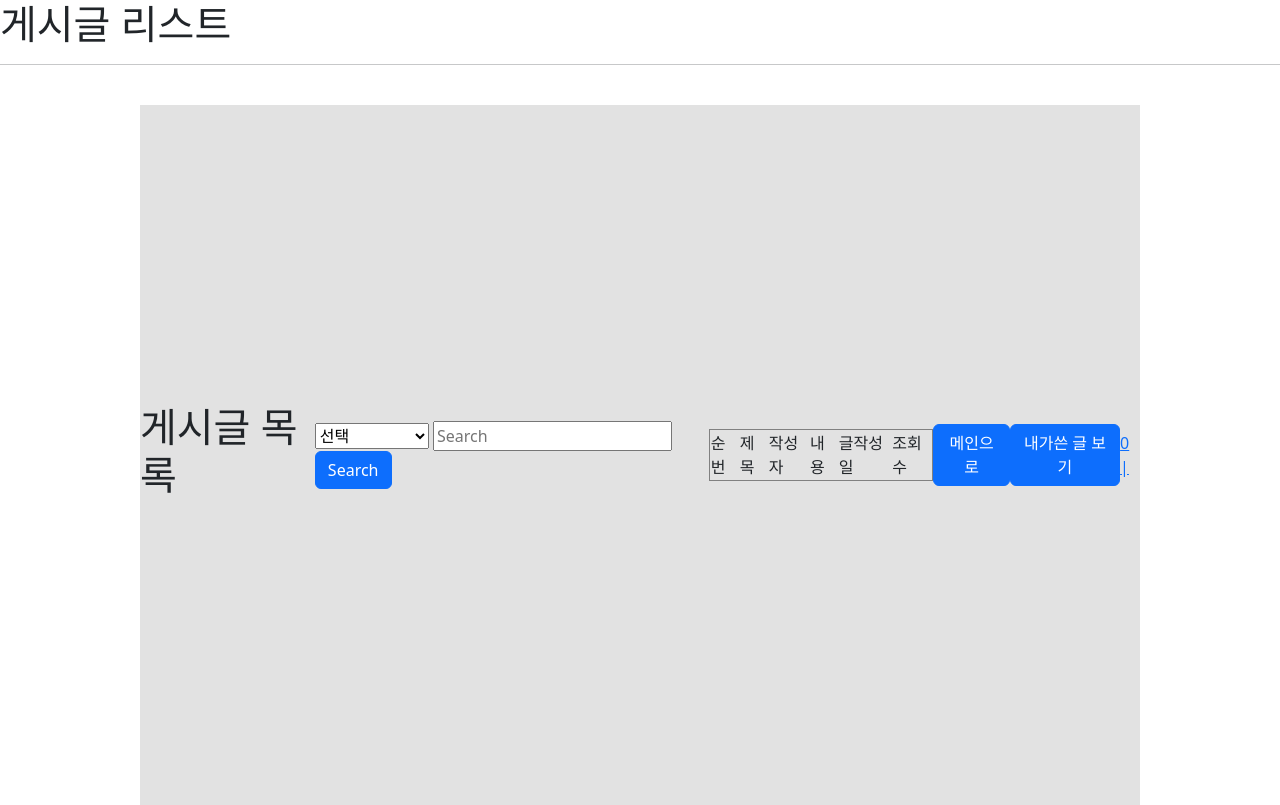
Repository: yangone8249/jsp_project
Page: http://localhost/yang_project/board/BoardList.jsp
An editor plug-in stored every save of this project. The page is shown before and after the next save, followed by the edit.
The browser window is 1280 px wide. The pictures show the whole page.
The page is served by Tomcat 9. Other server files are loaded and not shown. The template is opened directly, without the code that normally fills it, so the values that code supplies are empty.

Above is the page before, as saved 2023-06-01 02:06:48.

### yang_project/yang_project/src/main/webapp/board/BoardList.jsp
<%@ page language="java" contentType="text/html; charset=UTF-8"
    pageEncoding="UTF-8"%>
<%@ taglib uri="http://java.sun.com/jsp/jstl/core" prefix="c" %>
<!DOCTYPE html>
<html>
<head>
<meta charset="UTF-8">
<title>게시글목록</title>
<link href="https://cdn.jsdelivr.net/npm/bootstrap@5.2.3/dist/css/bootstrap.min.css" rel="stylesheet" integrity="sha384-rbsA2VBKQhggwzxH7pPCaAqO46MgnOM80zW1RWuH61DGLwZJEdK2Kadq2F9CUG65" crossorigin="anonymous">
<script src="https://cdn.jsdelivr.net/npm/bootstrap@5.2.3/dist/js/bootstrap.bundle.min.js" integrity="sha384-kenU1KFdBIe4zVF0s0G1M5b4hcpxyD9F7jL+jjXkk+Q2h455rYXK/7HAuoJl+0I4" crossorigin="anonymous"></script>
<style type="text/css">
	#content{
		width : 1000px;
		height : 700px;
		background-color: #E2E2E2;
		margin:auto;
		 justify-content : center;
		display: flex;
		align-items : center;

	}
</style>
</head>
<body>
	<h1>게시글 리스트</h1>
	<hr><br>
	<div id="content">
		<h1 id="listTitle">게시글 목록</h1>
		<form action="/brd/page" method="post" >
			<div>
				<c:set value="${pgh.pgvo.type }" var="typed"></c:set>
				<select name="type">
					<option ${typed == null ? 'selected' : '' }>선택</option>
					<option ${typed eq 't' ? 'selected' : '' } value="t">제목</option>
					<option ${typed eq 'c' ? 'selected' : '' } value="c">내용</option>
					<option ${typed eq 'w' ? 'selected' : '' } value="w">작성자</option>
					<option ${typed eq 'tc' ? 'selected' : '' } value="tc">제목 + 내용</option>
					<option ${typed eq 'tw' ? 'selected' : '' } value="tw">제목 + 작성자</option>
					<option ${typed eq 'cw' ? 'selected' : '' } value="cw">내용 + 작성자</option>
				</select>
				<input type="text" name="keyword" placeholder="Search">
				<input type="hidden" name="pageNo" value="${pgh.pgvo.pageNo }">
				<input type="hidden" name="qty" value="${pgh.pgvo.qty }">
				<button type="submit" class="btn btn-primary">Search</button>
			</div>
		</form>
			<table border="1">
			<tr>
				<td>순번</td>
				<td>제목</td>
				<td>작성자</td>
				<td>내용</td>
				<td>글작성일</td>
				<td>조회수</td>
			</tr>
			<c:forEach items="${list }" var="list" varStatus="i">
				<tr>
					<td>${i.count }</td>
					<td>
					<c:if test="${list.image_file ne null && list.image_file ne '' }">
					<img alt="없음" src="/_fileUpload/th_${list.image_file}">
					</c:if>
					<a href="/brd/detail?bno=${list.bno }">${ list.title}</a></td>
					<td>${list.writer }</td>
					<td>${list.content }</td>
					<td>${list.regdate }</td>
					<td>${list.count }</td>
				</tr>
			</c:forEach>
		</table>
		<a href="/"><button type="button" class="btn btn-primary">메인으로</button></a>
			<a href="/brd/page?type='w'&keyword=${ses.id }" ><button class="btn btn-primary">내가쓴 글 보기</button></a>
		<c:if test="${pgh.prev }">
			<a href="/brd/page?pageNo=${pgh.startPage-1 }&qty=${pgh.pgvo.qty}&type=${pgh.pgvo.type}&keyword=${pgh.pgvo.keyword}">이전</a>
		</c:if>
		<c:forEach begin="${pgh.startPage }" end="${pgh.endPage }" var="i">
			<a href="/brd/page?pageNo=${i }&qty=${pgh.pgvo.qty}&type=${pgh.pgvo.type}&keyword=${pgh.pgvo.keyword}">${i } | </a>
		</c:forEach>
		<c:if test="${pgh.next }">
			<a href="/brd/page?pageNo=${pgh.endPage+1 }&qty=${pgh.pgvo.qty}&type=${pgh.pgvo.type}&keyword=${pgh.pgvo.keyword}">다음</a>
		</c:if></div>
</body>
</html>

After the next save:
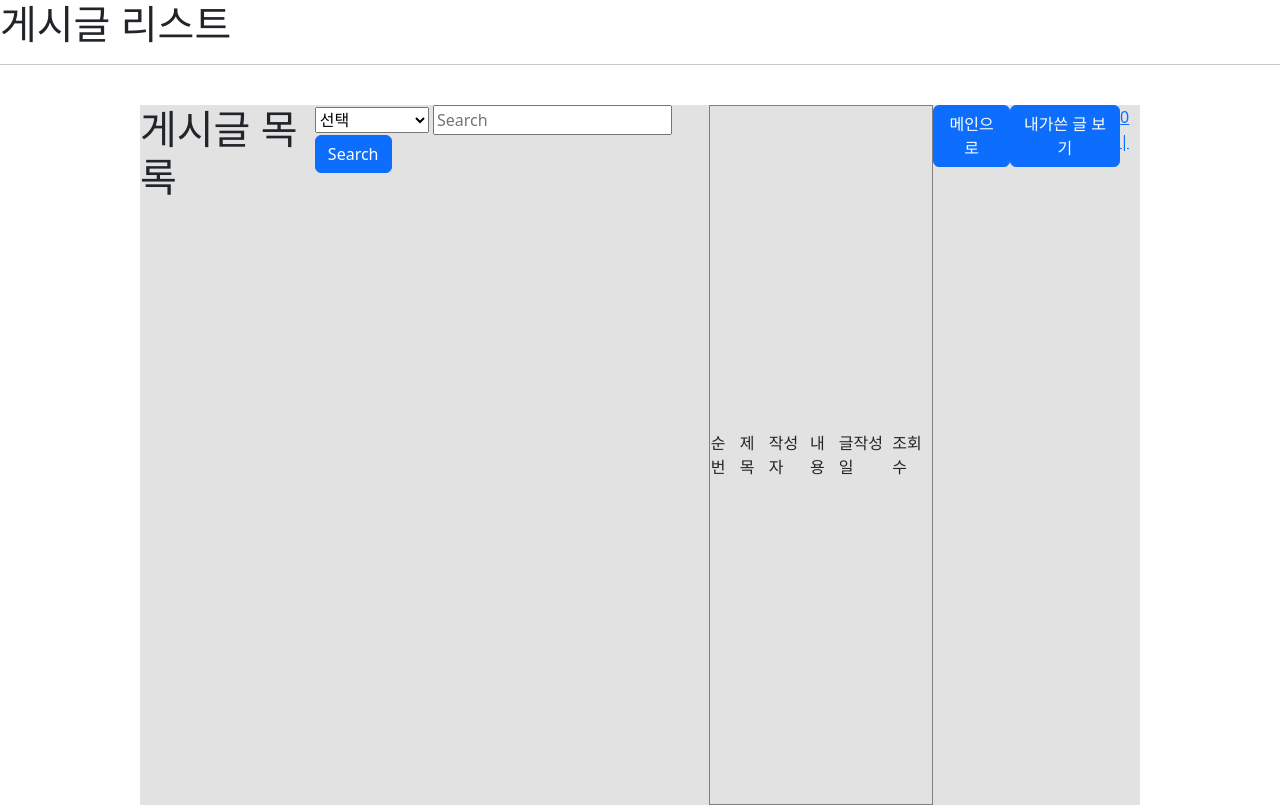
Saved 24 s later.
--- a/yang_project/yang_project/src/main/webapp/board/BoardList.jsp
+++ b/yang_project/yang_project/src/main/webapp/board/BoardList.jsp
@@ -16,7 +16,6 @@
 		margin:auto;
 		 justify-content : center;
 		display: flex;
-		align-items : center;
 
 	}
 </style>
